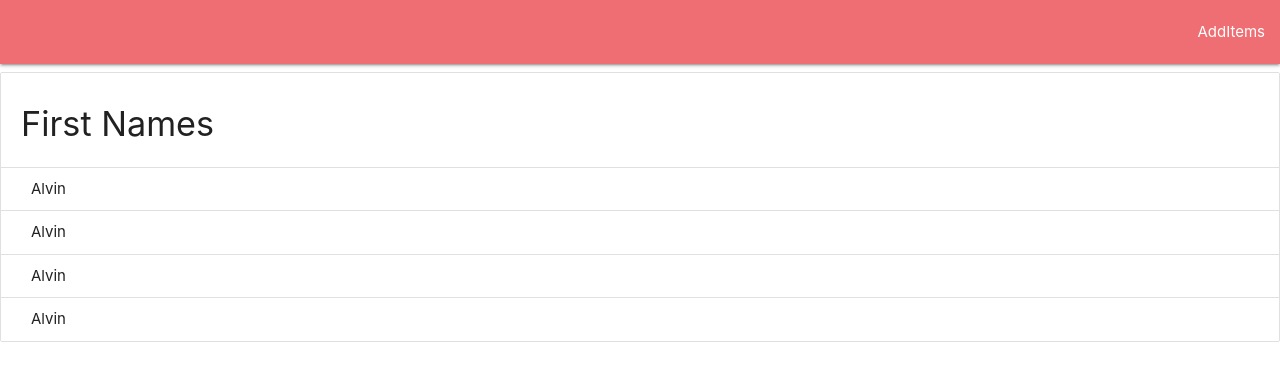
Repository: umarrg/crud-app-ejs-and-nodejs
Page: public/index.html
An editor plug-in stored every save of this project. The page is shown before and after a run of saves, followed by the edit.
The browser window is 1280 px wide. The pictures show the whole page.

Above is the page before, as saved 2020-12-24 17:23:26.

After the next 2 saves:
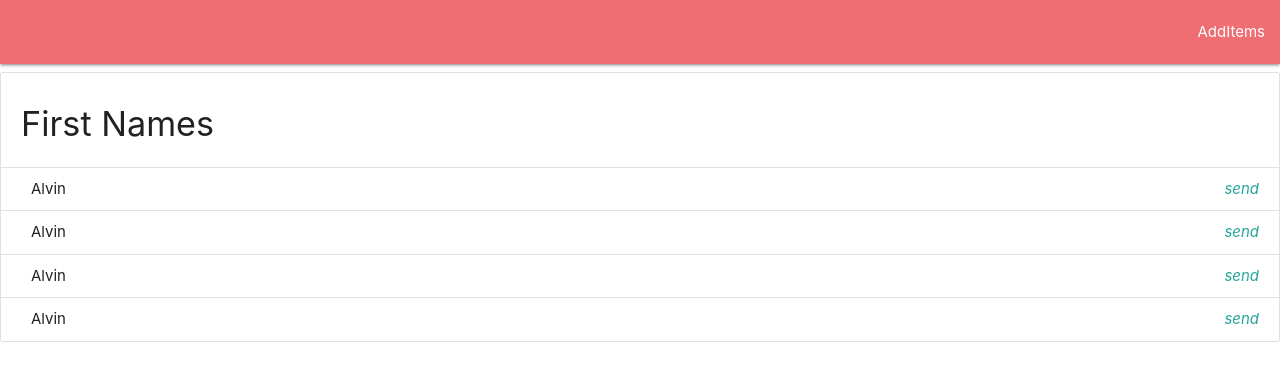
The 2 saves are shown as one change because they came seconds apart.
The last was saved 39 s later.
--- a/public/index.html
+++ b/public/index.html
@@ -19,10 +19,10 @@
 
       <ul class="collection with-header">
         <li class="collection-header"><h4>First Names</h4></li>
-        <li class="collection-item">Alvin</li>
-        <li class="collection-item">Alvin</li>
-        <li class="collection-item">Alvin</li>
-        <li class="collection-item">Alvin</li>
+        <li class="collection-item"><div>Alvin<a href="#!" class="secondary-content"><i class="material-icons">send</i></a></div></li>
+        <li class="collection-item"><div>Alvin<a href="#!" class="secondary-content"><i class="material-icons">send</i></a></div></li>
+        <li class="collection-item"><div>Alvin<a href="#!" class="secondary-content"><i class="material-icons">send</i></a></div></li>
+        <li class="collection-item"><div>Alvin<a href="#!" class="secondary-content"><i class="material-icons">send</i></a></div></li>
       </ul>
 </body>
 </html>
